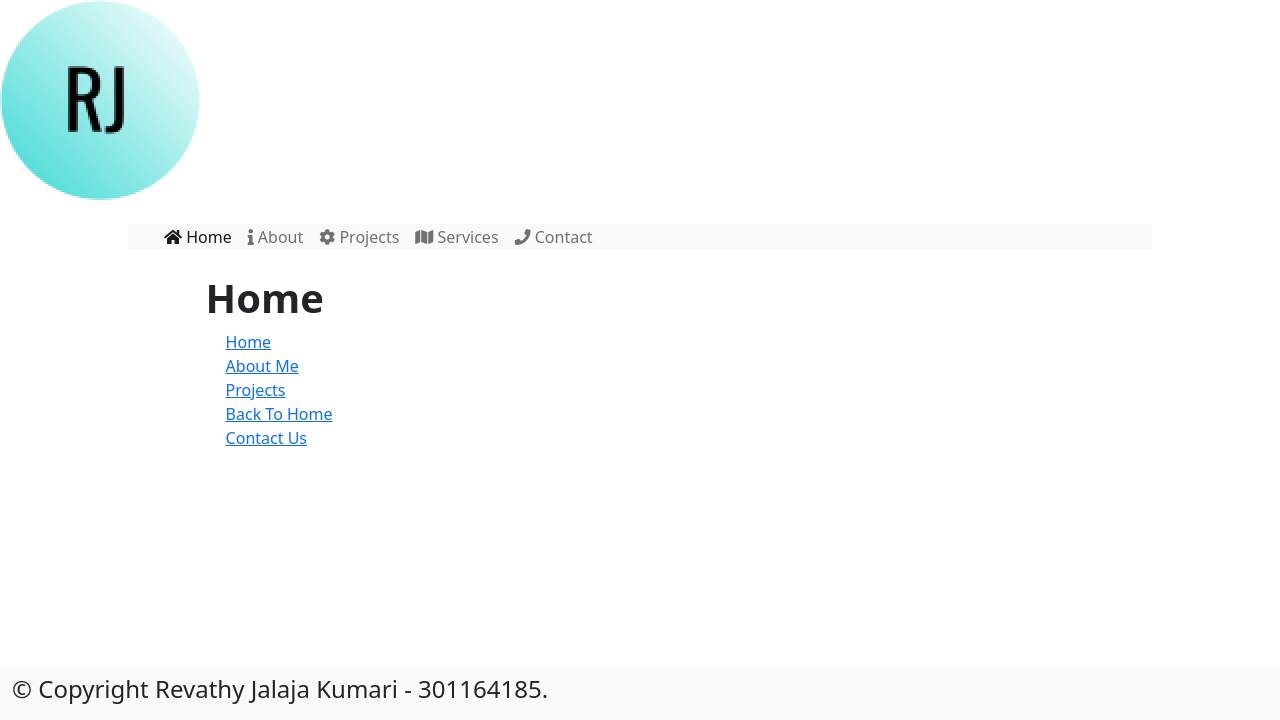
Repository: RevathyJK/Portfolio
Page: http://localhost/
These files come from the project's save history. The page is drawn as it stood at one moment and after the next save; the edit follows.
The browser window is 1280 px wide. The pictures show the whole page.
The page is served by the project's Node server (server.js).

Above is the page before, as saved 2021-10-01 11:06:34.

After the next save:
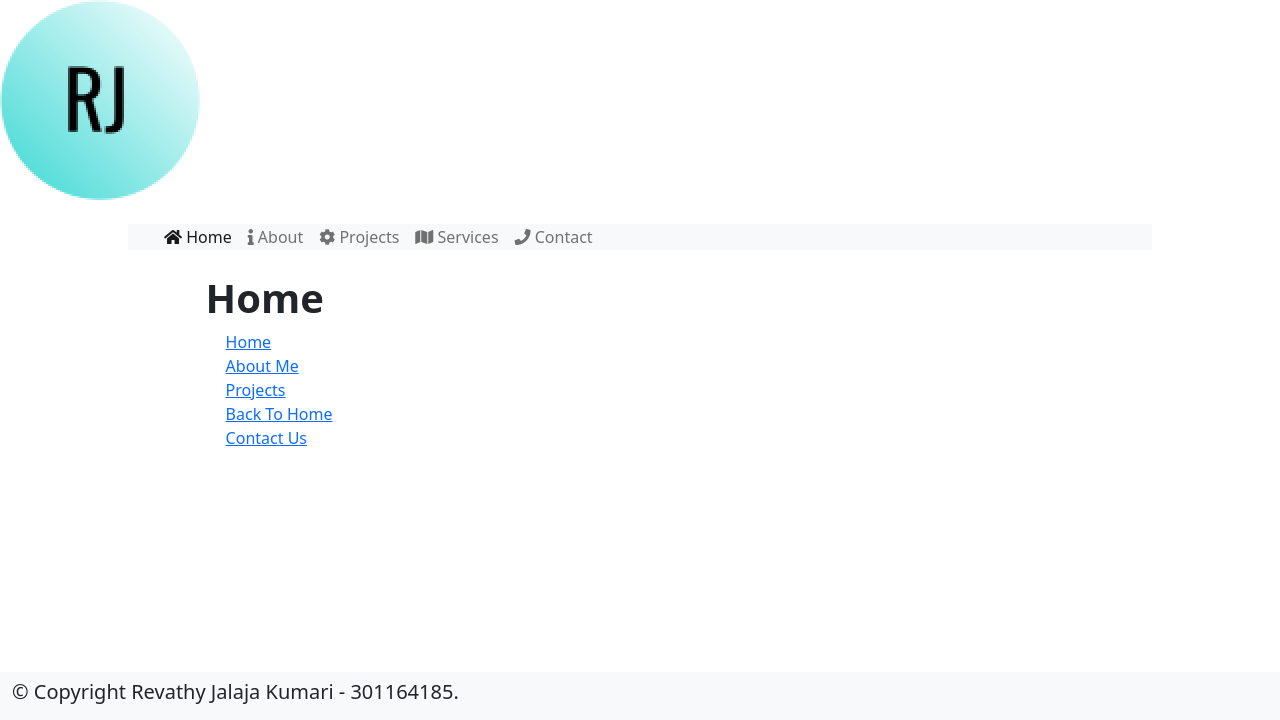
Saved 25 s later.
--- a/Server/Views/components/footer.ejs
+++ b/Server/Views/components/footer.ejs
@@ -1,7 +1,7 @@
 <div id ="allPage">
 <nav class="navbar fixed-bottom navbar-light bg-light">
     <div class="container-fluid">
-        <h4>&copy; Copyright Revathy Jalaja Kumari - 301164185.</h4>
+        <h5>&copy; Copyright Revathy Jalaja Kumari - 301164185.</h5>
     </div>
 </nav>
 </div>
